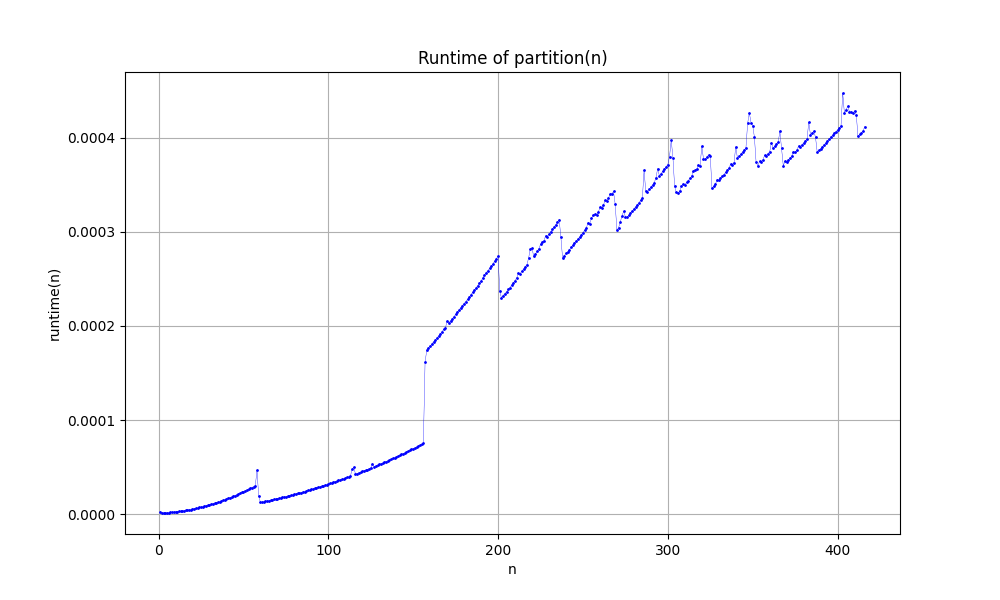
Repository: rizwankaz/partitions
Script's output: python eval_naive.py
These files come from the project's save history. The script's output is drawn as it stood at one moment and after the next save; the edit follows.
Random numbers start from a fixed seed.

Above is the script's output before, as saved 2024-07-21 16:15:54.

After the next save:
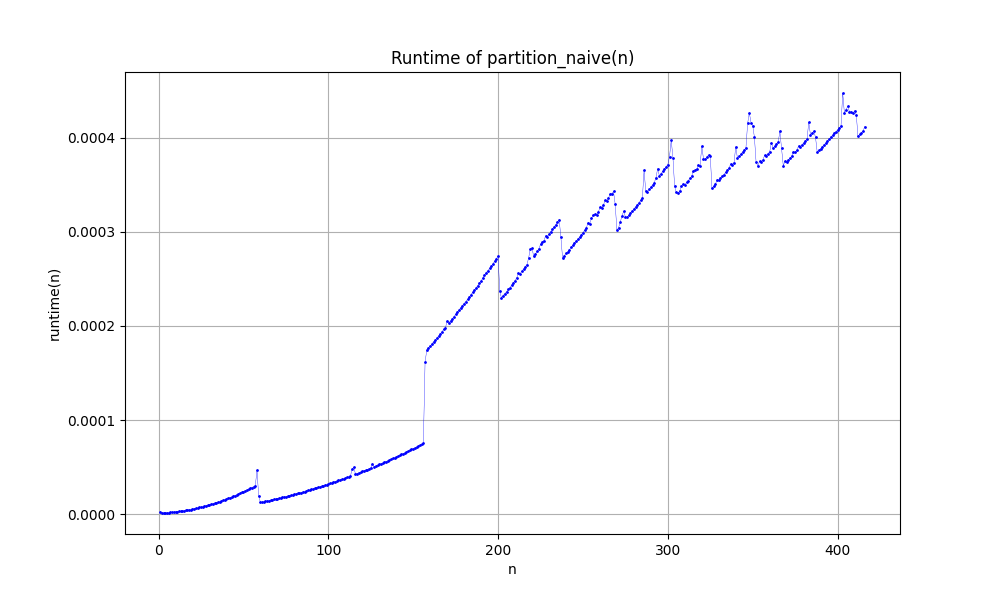
Saved 66 s later.
--- a/eval_naive.py
+++ b/eval_naive.py
@@ -16,7 +16,7 @@ plt.figure(figsize=(10, 6))
 plt.plot(n_values, runtime_values, marker='o', linestyle='-', color='b', linewidth=0.25, markersize=1)
 plt.xlabel('n')
 plt.ylabel('runtime(n)')
-plt.title('Runtime of partition(n)')
+plt.title('Runtime of partition_naive(n)')
 plt.grid(True)
 plt.savefig("runtime_plot.png")
 plt.show()
